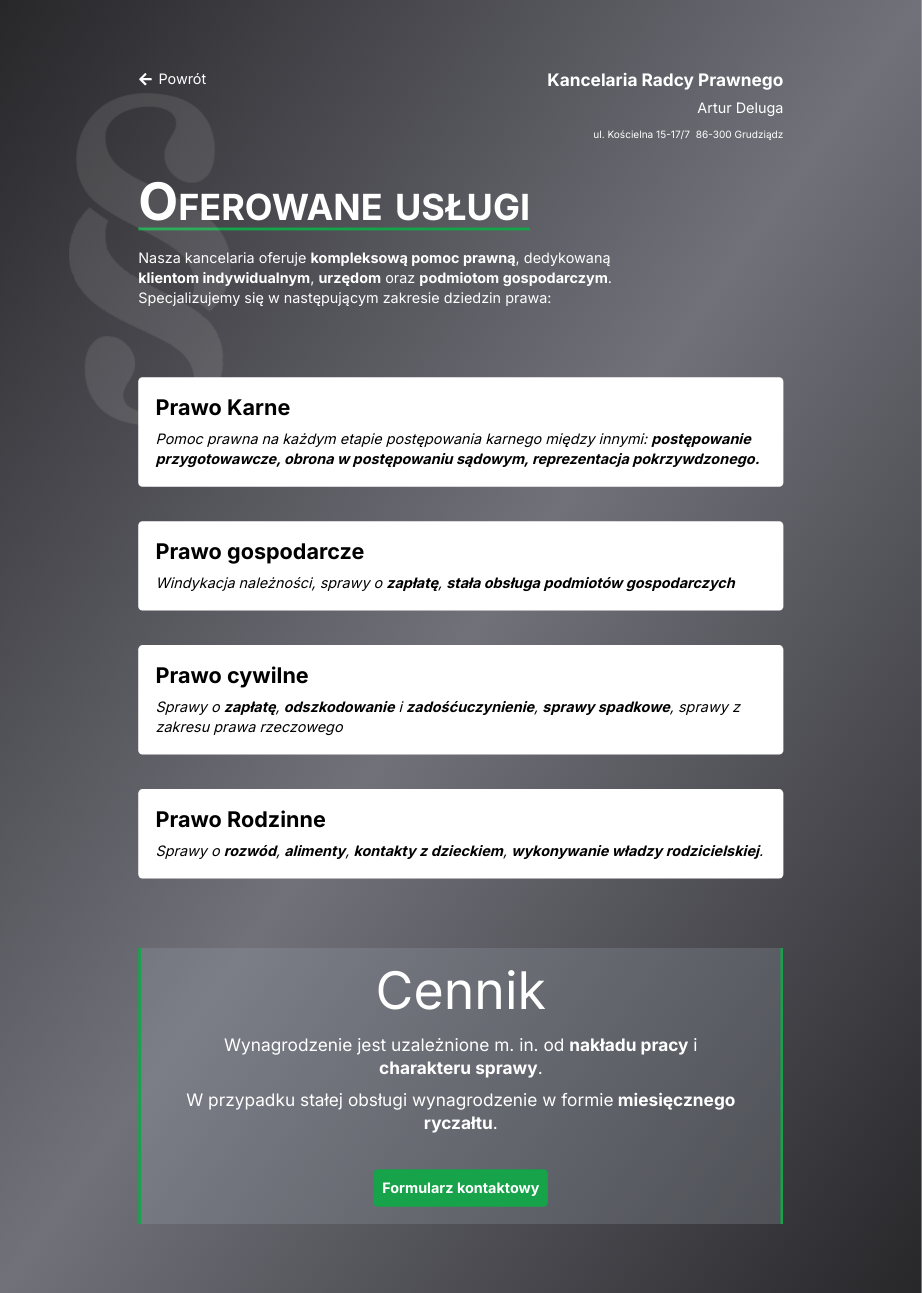
Repository: wesiudev/kancelaria-artur-deluga
Page: /oferta
An editor plug-in stored every save of this project. The page is shown before and after the next save, followed by the edit.
The browser window is 1280 px wide. The pictures show the whole page, at 72% of full size.
The project was rebuilt for these pictures with package versions that can differ from the ones it lists, and the page was loaded fresh each time. The framework's server and built-in components were replaced by stand-ins that run in the browser. Also part of the build but not shown: next.config.js.

Above is the page before, as saved 2023-08-09 17:21:24.

### app/layout.tsx
import "./globals.css";
import type { Metadata } from "next";
import { Inter } from "next/font/google";

const inter = Inter({ subsets: ["latin"] });

export const metadata: Metadata = {
  title: "Kancelaria Radcy Prawnego Artur Deluga",
  description:
    "Kancelaria Radcy Prawnego Grudziądz Prawo Karne, Pracwo cywilne, Prawo gospodarcze, Prawo Rodzinne. ul. Kościelna 15-17/7 86-300 Grudziądz. Pomoc prawna na każdym etapie postępowania karnego (postępowanie przygotowawcze, obrona w postępowaniu sądowym, reprezentacja pokrzywdzonego, etc.)",
  viewport: "width=device-width, initial-scale=1",
  icons: {
    icon: "/favicon.png",
  },
};

export default function RootLayout({
  children,
}: {
  children: React.ReactNode;
}) {
  return (
    <html lang="pl" className="scroll-smooth ">
      <body className={inter.className}>{children}</body>
    </html>
  );
}

### app/oferta/page.tsx
"use client";
import Image from "next/image";
import paragraphImage from "@/app/assets/paragraph.png";
import Link from "next/link";
import { FaArrowLeft } from "react-icons/fa";
import { useState } from "react";
const sendContactForm = async (data: any) =>
  fetch("/api/mail", {
    method: "POST",
    body: JSON.stringify(data),
    headers: { "Content-Type": "application/json", Accept: "application/json" },
  }).then((res) => {
    if (!res.ok) throw new Error("Failed to send message");
    return res.json();
  });

export default function OfferMobile() {
  const [isContactOpen, setContactOpen] = useState(false);
  const [firstName, setFirstName] = useState<string>("");
  const [email, setEmail] = useState<string>("");
  const [message, setMessage] = useState<string>("");

  const onSubmit = async () => {
    try {
      await sendContactForm({
        firstName: firstName,
        email: email,
        message: message,
      });
    } catch (error) {}
  };
  return (
    <div className="w-full mx-auto z-[2000] bg-gradient-to-br from-zinc-800 via-zinc-500 to-zinc-800 overflow-x-hidden text-black">
      <Image
        src={paragraphImage}
        alt="Paragraf obrazek w tle"
        width={224}
        height={224}
        className="fixed opacity-10 left-[50%] -translate-x-[50%] lg:-translate-x-0 lg:left-24 top-[50%] -translate-y-[50%]"
      />
      <div className="flex flex-col space-x-[100px] min-h-screen items-center py-24">
        <div className="flex flex-col w-[85vw] lg:w-[70vw] 2xl:w-[60vw] min-h-screen justify-center ">
          <div className="flex flex-col justify-between w-full">
            <div className="flex flex-row justify-between">
              <div className="w-1/2">
                <Link
                  className="group flex flex-row items-center mb-12 text-xl w-max text-white"
                  href="/"
                >
                  <FaArrowLeft className="mr-2 " />
                  <span className="hover:underline hover:underline-offset-4">
                    {" "}
                    Powrót
                  </span>
                </Link>
              </div>
              <div className="text-white">
                <h1 className="text-xl lg:text-2xl text-right sm:text-left font-bold">
                  Kancelaria Radcy Prawnego
                </h1>
                <div className="w-full flex justify-end">
                  <h2 className="text-xl mb-12 lg:mb-0 mt-2">Artur Deluga</h2>
                </div>
                <div
                  className={` flex-row space-x-2 text-sm justify-end mt-3 mb-12 hidden lg:flex`}
                >
                  <div>ul. Kościelna 15-17/7</div>
                  <div>86-300 Grudziądz</div>
                </div>
              </div>
            </div>

            <div className=" rounded-2xl  text-white">
              <div className="w-max">
                <h1 className="w-max text-4xl md:text-5xl lg:text-7xl text-white caps font-bold">
                  Oferowane usługi
                </h1>
                <div className="h-1 w-full mb-6 bg-green-600" />
              </div>

              <h2 className="text-left text-xl w-full lg:w-3/4 ">
                Nasza kancelaria oferuje{" "}
                <span className="font-bold"> kompleksową pomoc prawną</span>,
                dedykowaną{" "}
                <span className="font-bold">klientom indywidualnym</span>,{" "}
                <span className="font-bold">urzędom</span> oraz{" "}
                <span className="font-bold">podmiotom gospodarczym</span>.
                Specjalizujemy się w następującym zakresie dziedzin prawa:
              </h2>
            </div>
          </div>
          <div className="relative text-black flex flex-col space-y-12 mt-24">
            <div className="max-h-[50vh] border-0 hover:scale-105 duration-300 hover:bg-opacity-100 cursor-default  rounded-md bg-white  flex flex-col p-6 justify-between">
              <h1 className="text-xl lg:text-3xl font-bold">Prawo Karne</h1>
              <p className="text-sm sm:text-xl mt-3 italic">
                Pomoc prawna na każdym etapie postępowania karnego między
                innymi:{" "}
                <span className="font-bold">
                  postępowanie przygotowawcze, obrona w postępowaniu sądowym,
                  reprezentacja pokrzywdzonego.
                </span>
              </p>
            </div>
            <div className="max-h-[50vh] border-0 hover:scale-105 duration-300 hover:bg-opacity-100 cursor-default  rounded-md bg-white  flex flex-col justify-between p-6">
              <h1 className="text-xl lg:text-3xl font-bold">
                Prawo gospodarcze
              </h1>
              <p className="text-sm sm:text-xl mt-3 italic">
                Windykacja należności, sprawy o{" "}
                <span className="font-bold">zapłatę</span>,{" "}
                <span className="font-bold">
                  stała obsługa podmiotów gospodarczych
                </span>
              </p>
            </div>

            <div className="max-h-[50vh] border-0 hover:scale-105 duration-300 hover:bg-opacity-100 cursor-default rounded-md bg-white  flex flex-col p-6 justify-between">
              <h1 className="text-xl lg:text-3xl font-bold">Prawo cywilne</h1>
              <p className="text-sm sm:text-xl mt-3 italic">
                Sprawy o <span className="font-bold">zapłatę</span>,{" "}
                <span className="font-bold">odszkodowanie</span> i{" "}
                <span className="font-bold">zadośćuczynienie</span>,{" "}
                <span className="font-bold">sprawy spadkowe</span>, sprawy z
                zakresu prawa rzeczowego
              </p>
            </div>
            <div className="max-h-[50vh] border-0 hover:scale-105 duration-300 hover:bg-opacity-100 cursor-default rounded-md  bg-white  flex flex-col p-6 justify-between">
              <h1 className="text-xl lg:text-3xl font-bold">Prawo Rodzinne</h1>
              <p className="text-sm sm:text-xl mt-3 italic">
                Sprawy o <span className="font-bold">rozwód</span>,{" "}
                <span className="font-bold">alimenty</span>,{" "}
                <span className="font-bold">kontakty z dzieckiem</span>,{" "}
                <span className="font-bold">
                  wykonywanie władzy rodzicielskiej
                </span>
                .
              </p>
            </div>
          </div>
          <div className="text-white flex flex-col h-max my-auto px-3 lg:px-12  text-center relative w-full mt-12  lg:mx-auto lg:mt-24 border-l-4 border-r-4 border-green-600 py-3 lg:py-6 bg-gray-400 bg-opacity-25">
            <h1 className="text-5xl lg:text-7xl ">Cennik</h1>
            <p className="mt-6 text-base lg:text-2xl">
              Wynagrodzenie jest uzależnione m. in. od{" "}
              <span className="font-bold"> nakładu pracy</span> i{" "}
              <span className="font-bold">charakteru sprawy</span>.
            </p>
            <p className="mt-3 text-sm lg:text-2xl">
              W przypadku stałej obsługi wynagrodzenie w formie
              <span className="font-bold"> miesięcznego ryczałtu</span>.
            </p>
            <button
              onClick={() => setContactOpen(true)}
              className=" p-3 bg-green-600 hover:bg-green-500 duration-300 mt-12 w-max mx-auto  text-xl text-white font-bold rounded-md"
            >
              Formularz kontaktowy
            </button>
          </div>
          <div
            className={`bg-gray-400 rounded-full flex-row space-x-2 text-sm justify-center mt-24 flex lg:hidden z-[1000]`}
          >
            <div>ul. Kościelna 15-17/7</div>
            <div>86-300 Grudziądz</div>
          </div>
        </div>
      </div>
      <div
        className={`w-[80vw] fixed left-[50%] -translate-x-[50%] top-[50%] -translate-y-[50%] bg-gradient-to-bl from-black to-zinc-800 lg:w-max h-max px-12 rounded-3xl py-6 duration-300 ${
          isContactOpen ? "z-[2000] opacity-100" : "z-[-1000] opacity-0"
        }`}
      >
        <h1 className="text-3xl text-center">Kontakt</h1>

        <div className="flex flex-col space-y-3 mt-6 lg:mt-12">
          <div className="flex flex-col lg:flex-row lg:space-x-3">
            <div className="flex flex-col">
              Imię{" "}
              <input
                onChange={(e) => setFirstName(e.target.value)}
                value={firstName}
                id="fName"
                type="text"
                className="mt-2 text-black"
              />
            </div>
            <div className="flex flex-col mt-3 lg:mt-0">
              Email{" "}
              <input
                onChange={(e) => setEmail(e.target.value)}
                value={email}
                type="text"
                className="mt-2 text-black"
              />
            </div>
          </div>
          <div className="flex flex-col mt-2">
            Treść{" "}
            <textarea
              onChange={(e) => setMessage(e.target.value)}
              value={message}
              className="h-full resize-none text-black"
            ></textarea>
          </div>
        </div>
        <div className="w-full flex space-x-3">
          <button
            onClick={() => setContactOpen(false)}
            className="w-1/2 hover:underline py-2 mt-8"
          >
            Powrót
          </button>
          <button
            onClick={onSubmit}
            className="w-1/2 bg-purple-400 hover:bg-purple-300 duration-300 py-2 mt-8"
          >
            Wyślij
          </button>
        </div>
      </div>
    </div>
  );
}

### app/globals.css
@tailwind base;
@tailwind components;
@tailwind utilities;

:root {
  --foreground-rgb: 0, 0, 0;
  --background-start-rgb: 214, 219, 220;
  --background-end-rgb: 255, 255, 255;
}

@media (prefers-color-scheme: dark) {
  :root {
    --foreground-rgb: 255, 255, 255;
    --background-start-rgb: 0, 0, 0;
    --background-end-rgb: 0, 0, 0;
  }
}

body {
  color: rgb(var(--foreground-rgb));
  background: linear-gradient(
      to bottom,
      transparent,
      rgb(var(--background-end-rgb))
    )
    rgb(var(--background-start-rgb));
}

.expand {
  position: relative;
  text-decoration: none;
  display: inline-block;
}
.expand:after {
  display: block;
  content: "";
  border-bottom: solid 3px white;
  transform: scaleX(0);
  transition: transform 250ms ease-in-out;
  transform-origin: 100% 50%;
}
.expand:hover:after {
  transform: scaleX(1);
  transform-origin: 0 50%;
}

.caps {
  font-variant: small-caps;
}
html {
  scroll-behavior: smooth;
  color: #1a1a1a;
}

Loaded but not shown: tailwind.config.js (common file)

After the next save:
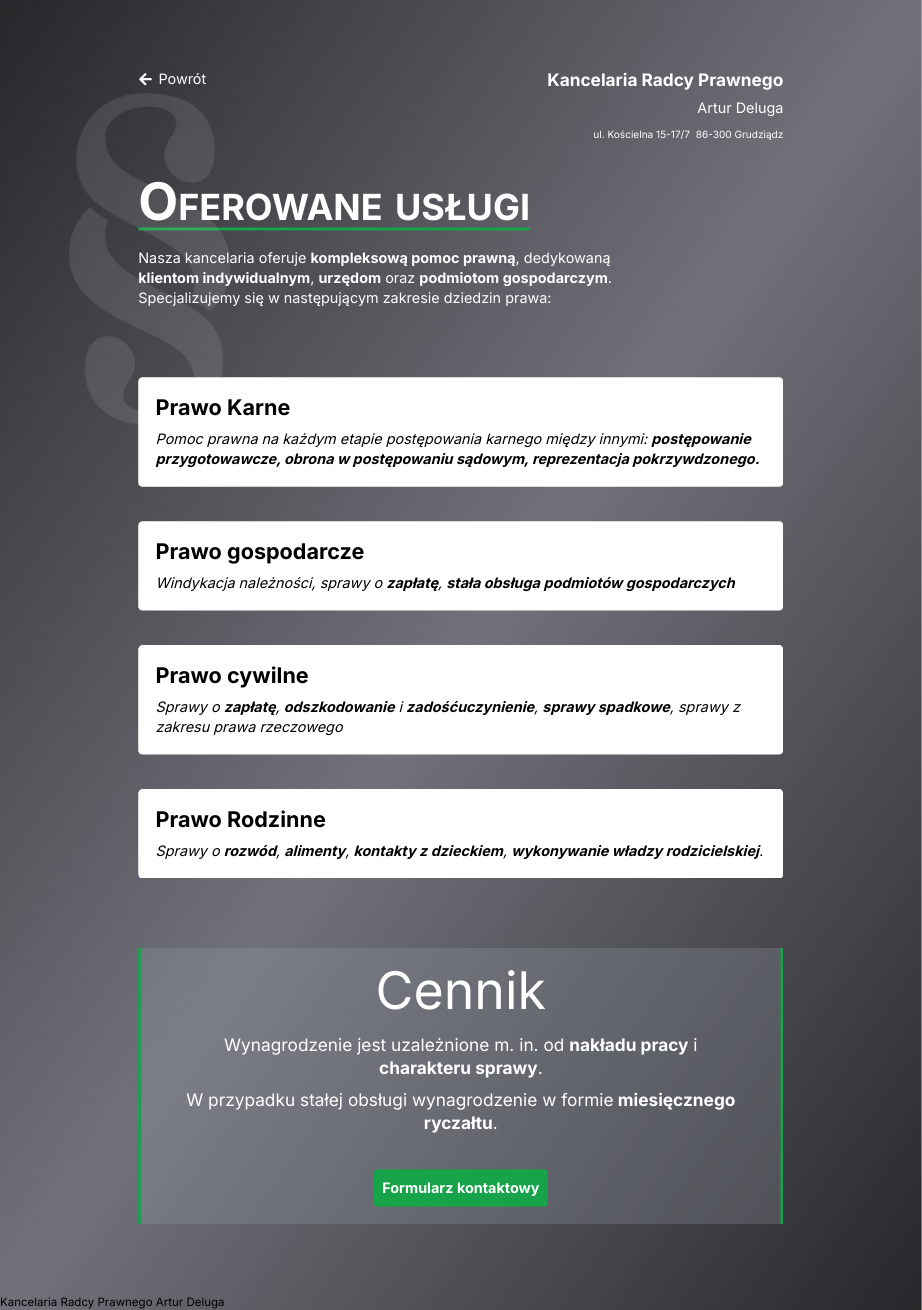
Saved 58 s later.
--- a/app/oferta/page.tsx
+++ b/app/oferta/page.tsx
@@ -216,6 +216,7 @@ export default function OfferMobile() {
           </button>
         </div>
       </div>
+      <div className="w-full">Kancelaria Radcy Prawnego Artur Deluga</div>
     </div>
   );
 }
